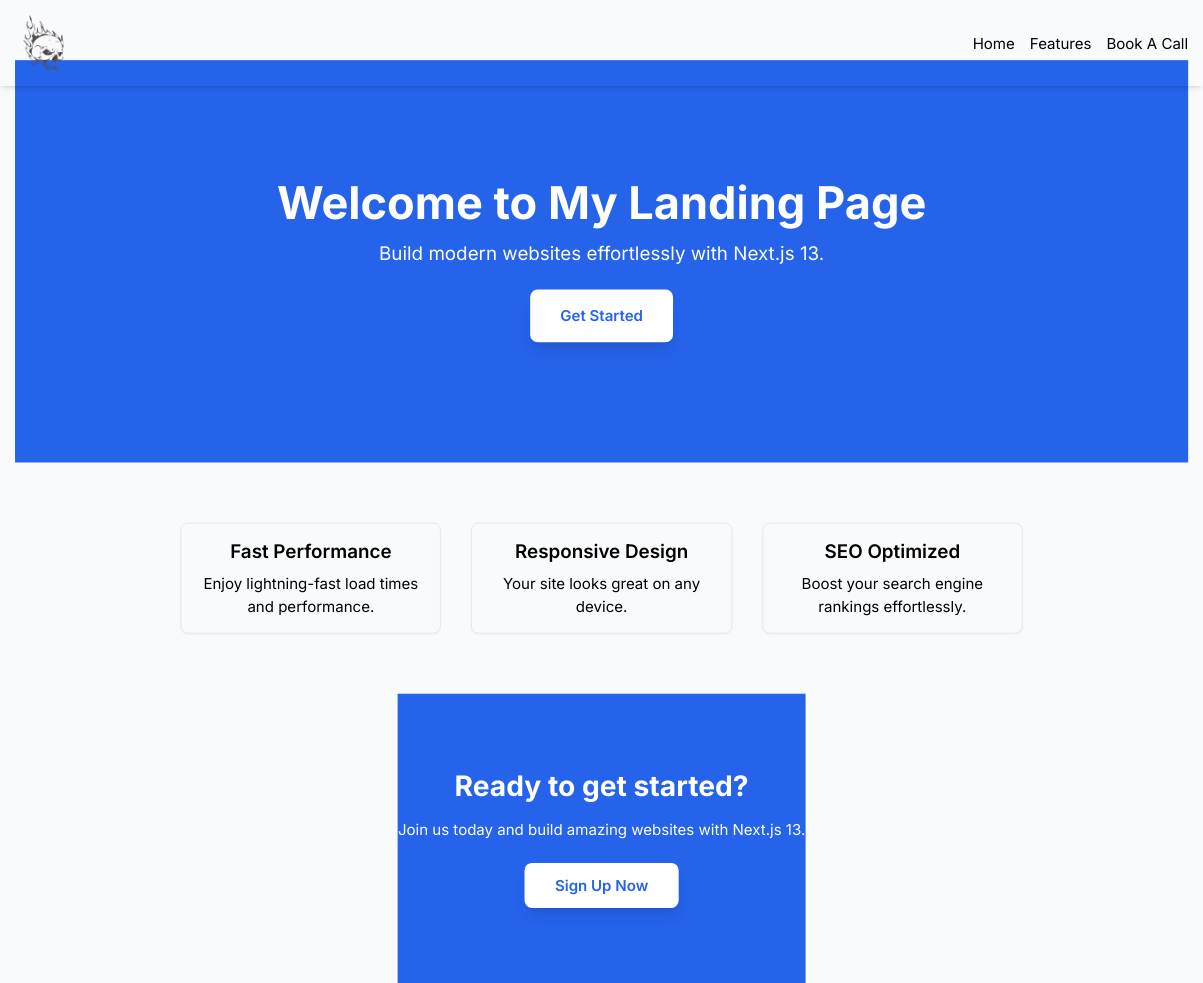
Repository: TheSecretlifeOfX/landing1
Page: /
The author's editor kept a copy of each file at every save. The page is drawn from the files as they stood at one save, then again after the next save.
The browser window is 1280 px wide. The pictures show the whole page, at 94% of full size.
The project was rebuilt for these pictures with package versions that can differ from the ones it lists, and the page was loaded fresh each time. The framework's server and built-in components were replaced by stand-ins that run in the browser. Also part of the build but not shown: next.config.js.

Above is the page before, as saved 2024-11-13 22:23:18.

### app/layout.tsx
import Link from 'next/link'
import './globals.css'
import type { Metadata } from 'next'
import { Inter } from 'next/font/google'

import Navbar from "@/app/components/Navbar";


const inter = Inter({ subsets: ['latin'] })

export const metadata: Metadata = {
  title: 'Create Next App',
  description: 'Generated by create next app',
}

export default function RootLayout({
  children,
}: {
  children: React.ReactNode
}) {
  return (
    <html lang="en">
      <body className={inter.className}>
      <nav>
        <Navbar />
      </nav>
      {children}</body>
    </html>
  )
}

### app/page.tsx
import HeroSection from "@/app/components/HeroSection";
import FeaturesSection from "@/app/components/FeaturesSection";
import CallToAction from "@/app/components/CallToAction";

// app/page.tsx
export default function Home() {
  return (
    <main className="flex flex-col items-center justify-center min-h-screen px-4 bg-gray-50">
      <HeroSection />
      <FeaturesSection />
      <CallToAction />
    </main>
  );
}

### app/components/Navbar.tsx
// src/components/Navbar.tsx
import React from "react";
import Link from "next/link";
import Image from "next/image";

export default function Navbar() {
  return (
    <nav className="fixed top-0 left-0 w-full bg-grey-200 p-4 text-black shadow-md z-50">
      <div className="container mx-auto flex justify-between items-center">
        <div className="text-2xl font-bold">
          <Link href="/">
          <Image
            src="/Images/Logo.png"
            alt="MyBrand Logo"
            width={60}
            height={60}
            className="cursor-pointer"
            priority
          />
          </Link>
        </div>
        <ul className="flex space-x-4">
          <li>
            <a href="#hero" className="hover:text-gray-200">
              Home
            </a>
          </li>
          <li>
            <a href="#features" className="hover:text-gray-200">
              Features
            </a>
          </li>
          <li>
            <a href="#contact" className="hover:text-gray-200">
              Book A Call
            </a>
          </li>
        </ul>
      </div>
    </nav>
  );
}

### app/components/HeroSection.tsx
// components/HeroSection.tsx
export default function HeroSection() {
  return (
    <section
      id="hero"
      className="w-full py-32 bg-blue-600 text-white flex flex-col items-center justify-center mt-16"
    >
      <h1 className="text-5xl font-bold mb-4">Welcome to My Landing Page</h1>
      <p className="text-xl mb-6 max-w-3xl text-center">
        Build modern websites effortlessly with Next.js 13.
      </p>
      <button className="px-8 py-4 bg-white text-blue-600 font-semibold rounded-lg shadow-lg hover:bg-gray-100 transition duration-300">
        Get Started
      </button>
    </section>
  );
}

### app/components/FeaturesSection.tsx
// components/FeaturesSection.tsx
export default function FeaturesSection() {
    return (
      <section id="features" className="py-16">
        <div className="max-w-4xl mx-auto grid grid-cols-1 md:grid-cols-3 gap-8">
          <Feature
            title="Fast Performance"
            description="Enjoy lightning-fast load times and performance."
          />
          <Feature
            title="Responsive Design"
            description="Your site looks great on any device."
          />
          <Feature
            title="SEO Optimized"
            description="Boost your search engine rankings effortlessly."
          />
        </div>
      </section>
    );
  }

  function Feature({ title, description }: { title: string; description: string }) {
    return (
      <div className="text-center p-4 border rounded-lg shadow-sm">
        <h3 className="text-xl font-semibold mb-2">{title}</h3>
        <p>{description}</p>
      </div>
    );
  }

### app/components/CallToAction.tsx
// components/CallToAction.tsx
export default function CallToAction() {
    return (
      <section id="contact" className="py-20 text-center bg-blue-600 text-white">
        <h2 className="text-3xl font-bold mb-4">Ready to get started?</h2>
        <p className="mb-6">Join us today and build amazing websites with Next.js 13.</p>
        <button className="px-8 py-3 bg-white text-blue-600 font-semibold rounded-lg shadow-lg hover:bg-gray-100">
          Sign Up Now
        </button>
      </section>
    );
  }

Loaded but not shown: app/globals.css (common file); tailwind.config.js (common file)

After the next save:
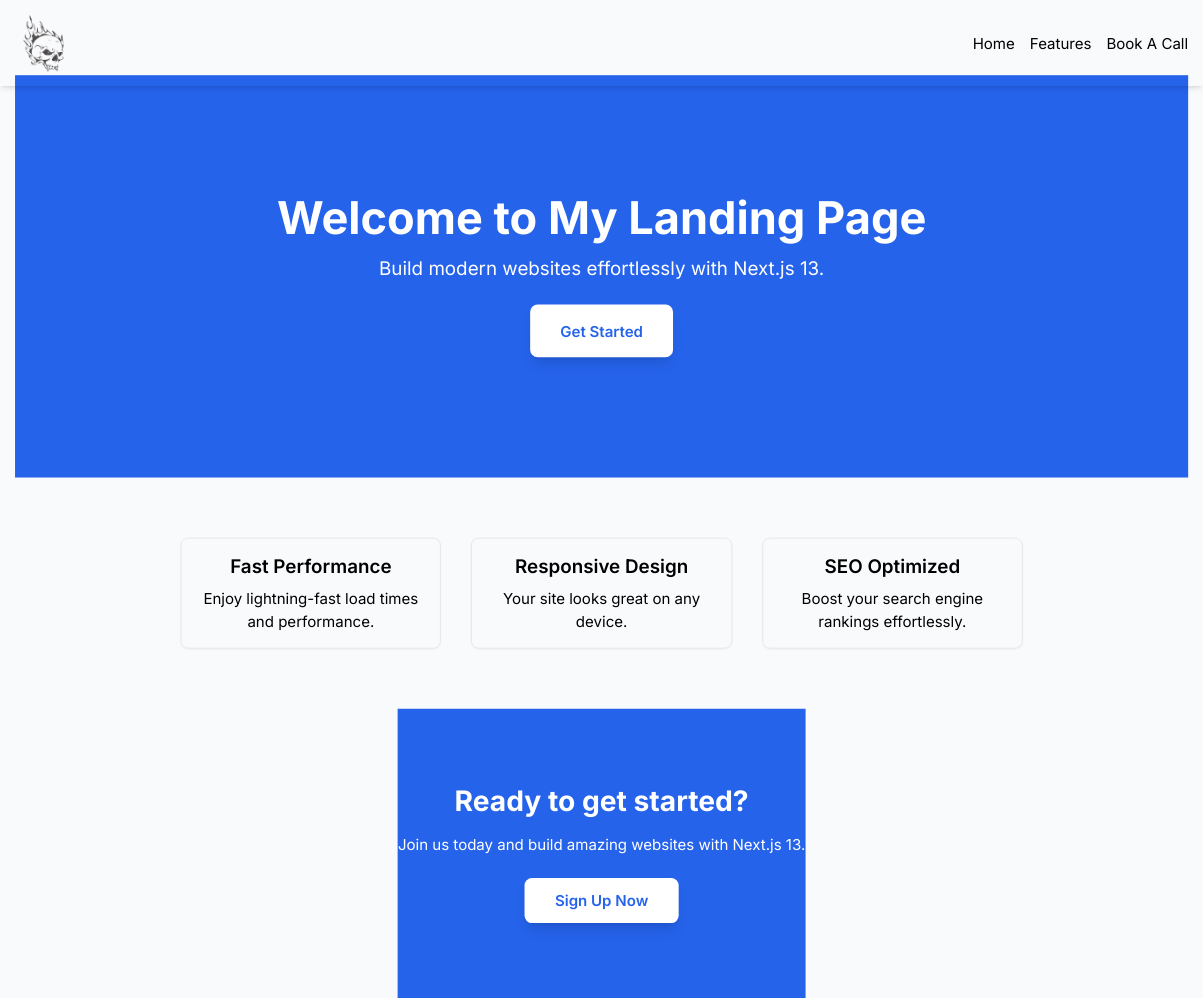
Saved 28 s later.
--- a/app/components/HeroSection.tsx
+++ b/app/components/HeroSection.tsx
@@ -3,7 +3,7 @@ export default function HeroSection() {
   return (
     <section
       id="hero"
-      className="w-full py-32 bg-blue-600 text-white flex flex-col items-center justify-center mt-16"
+      className="w-full py-32 bg-blue-600 text-white flex flex-col items-center justify-center mt-20"
     >
       <h1 className="text-5xl font-bold mb-4">Welcome to My Landing Page</h1>
       <p className="text-xl mb-6 max-w-3xl text-center">
